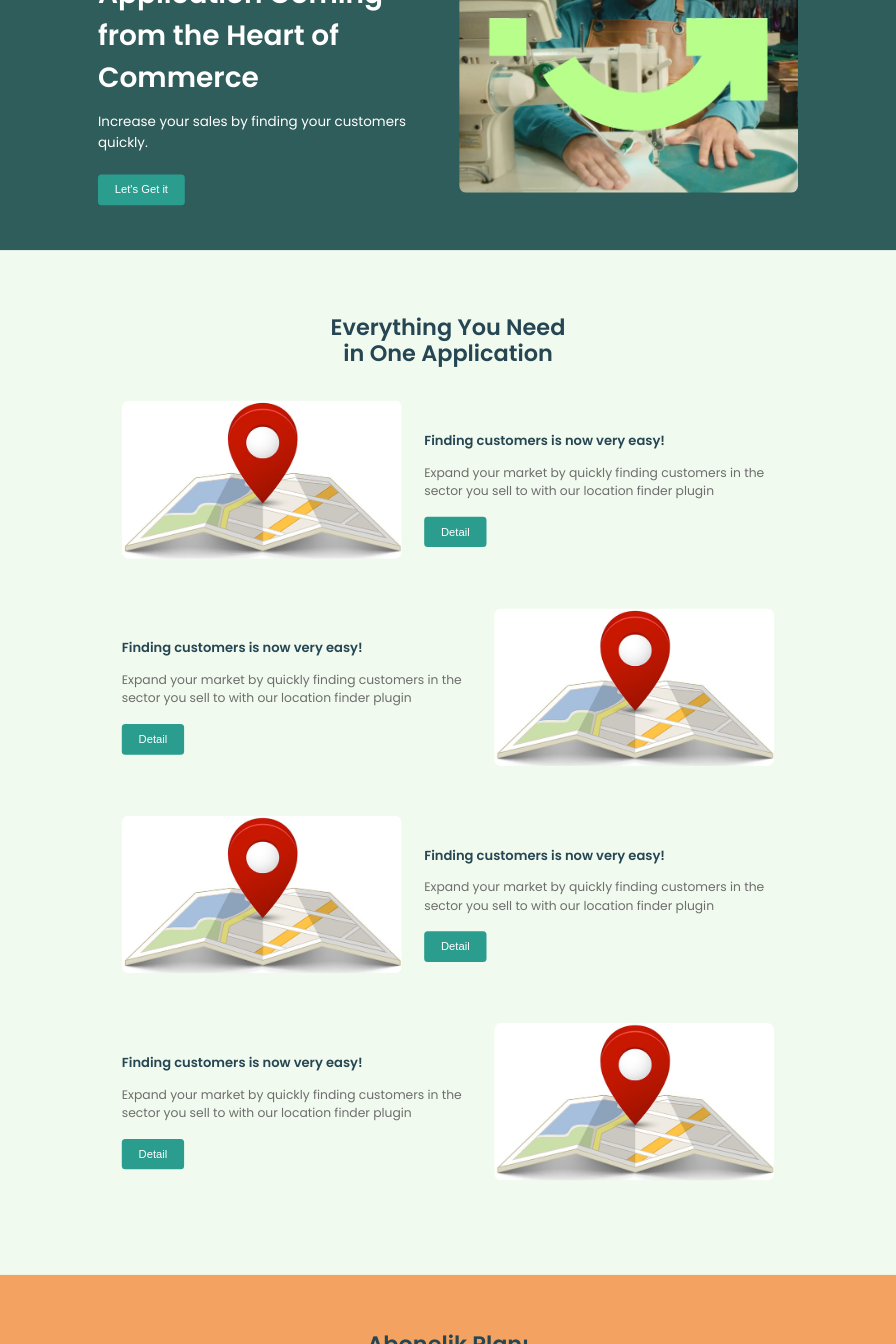
Repository: senolinanyasar/myrouteapplication
Page: /
These files come from the project's save history. The page is drawn as it stood at one moment and after the next save; the edit follows.
The browser window is 1280 px wide. The pictures show the part of the page from y = 355 to 2275 px (the page is 3499 px tall before and 3923 px after), at 70% of full size.
The project was rebuilt for these pictures with package versions that can differ from the ones it lists, and the page was loaded fresh each time. Also part of the build but not shown: vite.config.js.

Above is the page before, as saved 2024-11-14 20:39:50.

After the next save:
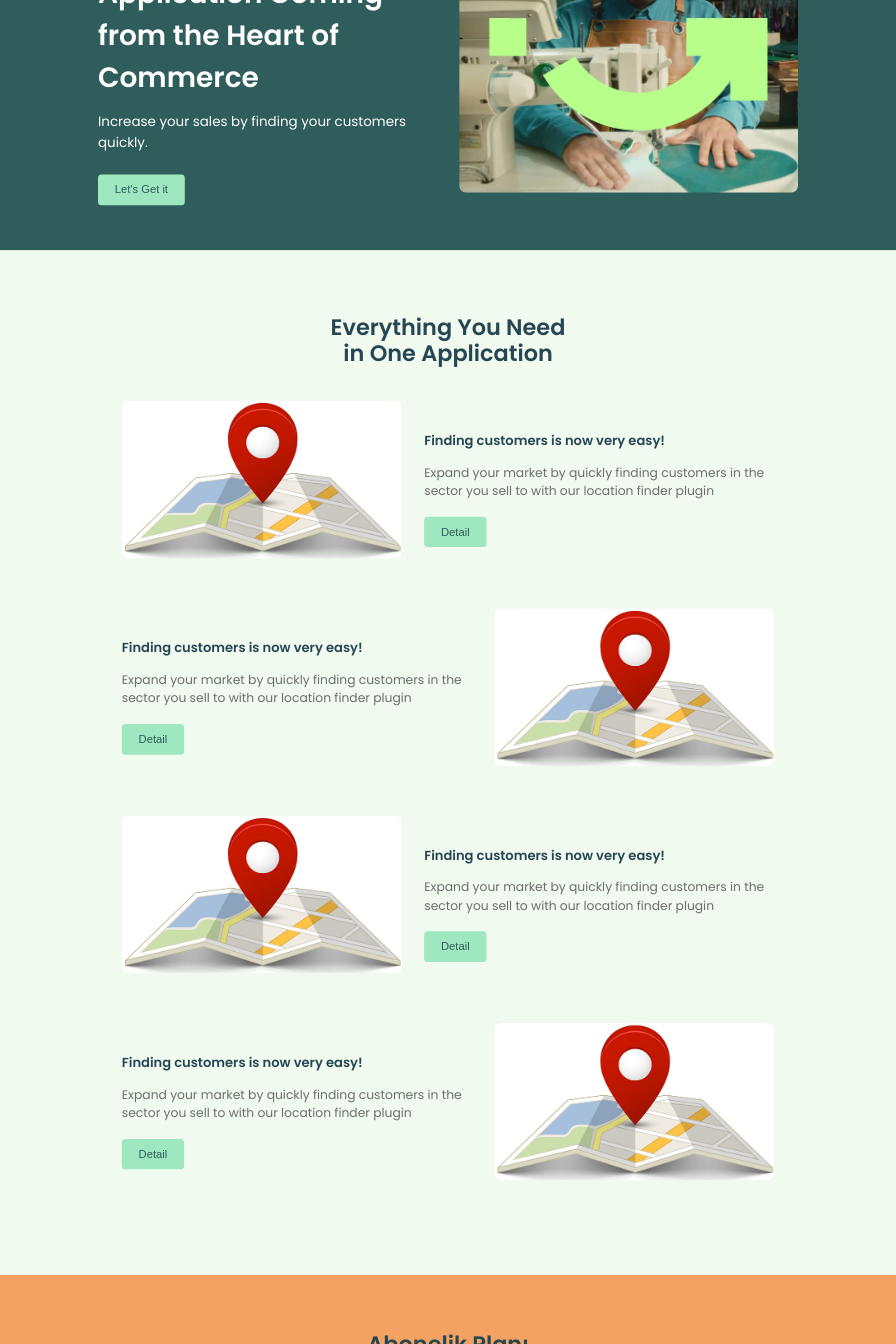
Saved 30 s later.
--- a/src/components/HomePage.js
+++ b/src/components/HomePage.js
@@ -6,6 +6,7 @@ import HeroSection from './HeroSection';
 import FeaturesSection from './FeaturesSection';
 import PricingSection from './PricingSection';
 import IndustriesSection from './IndustriesSection';
+import SupportSection from './SupportSection';
 import Footer from './Footer';
 
 const HomePage = () => {
@@ -17,6 +18,7 @@ const HomePage = () => {
             <FeaturesSection />
             <PricingSection />
             <IndustriesSection />
+            <SupportSection />
             <Footer />
         </div>
     );
